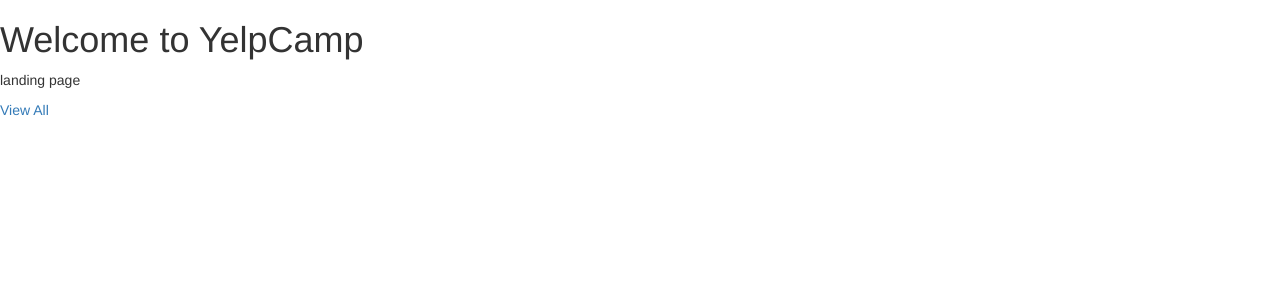
Repository: greenwich9/yelpCampWebApp
Page: http://localhost/
The author's editor kept a record of every edit. The page is drawn from the files as they stood at one moment, then again after the next edit.
The browser window is 1280 px wide. The pictures show the whole page.
The page is served by the project's Node server (app.js).

Above is the page before.

### views/landing.ejs
<% include partials/header %>

<h1>Welcome to YelpCamp</h1>

<p>landing page</p>

<a href = "/campgrounds">View All</a>

<% include partials/footer.ejs %>

### views/partials/header.ejs
<!DOCTYPE html>
<html>
    <head>
        <title>YelpCamp</title>
        <link rel="stylesheet" href="https://cdn.bootcss.com/bootstrap/3.3.6/css/bootstrap.min.css">
    </head>
    <body>

### app.js
var express = require("express");
var app = express();
var bodyParser = require("body-parser");
var mongoose = require("mongoose");

app.use(bodyParser.urlencoded({extended : true}));

mongoose.connect("mongodb://localhost/campgrounds");

var campgroundSchema = new mongoose.Schema({
    name : String,
    image : String,
    description : String
});

var Campground = mongoose.model("Campground", campgroundSchema);

app.set("view engine", "ejs");

app.get("/", function(req, res) {
    res.render("landing");
});

// var campgrounds = [
//         {name: "Salmon Creek", image: "https://farm9.staticflickr.com/8442/7962474612_bf2baf67c0.jpg"},
//         {name: "Granite Hill", image: "https://farm1.staticflickr.com/60/215827008_6489cd30c3.jpg"},
//         {name: "Mountain Goat's Rest", image: "https://farm7.staticflickr.com/6057/6234565071_4d20668bbd.jpg"},
//         {name: "Salmon Creek", image: "https://farm9.staticflickr.com/8442/7962474612_bf2baf67c0.jpg"},
//         {name: "Granite Hill", image: "https://farm1.staticflickr.com/60/215827008_6489cd30c3.jpg"},
//         {name: "Mountain Goat's Rest", image: "https://farm7.staticflickr.com/6057/6234565071_4d20668bbd.jpg"},
//         {name: "Salmon Creek", image: "https://farm9.staticflickr.com/8442/7962474612_bf2baf67c0.jpg"},
//         {name: "Granite Hill", image: "https://farm1.staticflickr.com/60/215827008_6489cd30c3.jpg"},
//         {name: "Mountain Goat's Rest", image: "https://farm7.staticflickr.com/6057/6234565071_4d20668bbd.jpg"}
// ];

var campgrounds = [
        {name: "Salmon Creek", image: "https://farm9.staticflickr.com/8442/7962474612_bf2baf67c0.jpg"}
];
campgrounds.forEach(function(camp){
    Campground.create(camp, function(err, camp) {
        if (err) {
            console.log(err);
        } else {
            console.log("Campground Created");
            console.log(camp);
        }
    });
});

app.get("/campgrounds", function(req, res) {
    Campground.find({}, function(err, allCampgrounds){
        if (err) {
            console.log(err);
        } else {
            res.render("campgrounds", {campgrounds : allCampgrounds});
        }
    });
    // res.render("campgrounds", );
});

app.post("/campgrounds", function(req, res){
    var name = req.body.name;
    var image = req.body.image;
    var newCampground = {name : name, image : image};
    // campgrounds.push(newCampground);
    Campground.create({
        name : name,
        image : image
    });
    res.redirect("/campgrounds");
});

app.get("/campgrounds/new", function(req, res) {
    res.render("new");
});

app.get("/campgrounds/:id", function(req, res) {
    Campground.FindById(req.params.id, function(err, foundCampground) {
        if (err) {
            console.log(err);
        } else {
            res.render("show", {campground : foundCampground});
        }
    });

})

app.listen(process.env.PORT, process.env.IP, function() {
    console.log("started");
});

Loaded but not shown: views/partials/footer.ejs (common file)

After the next edit:
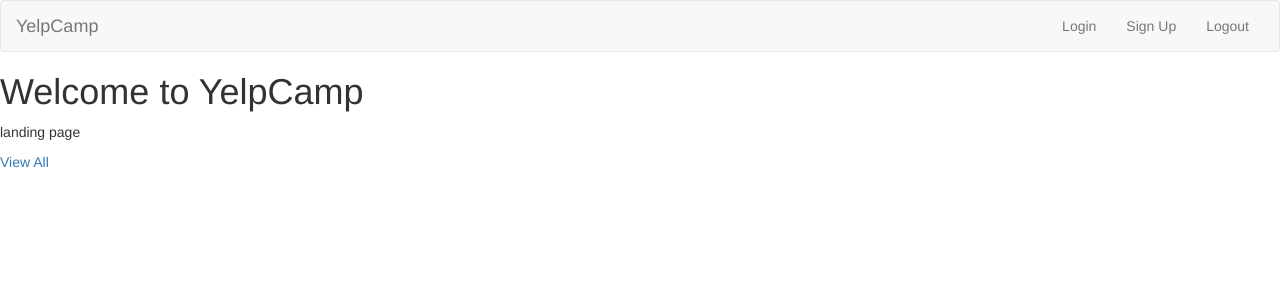
The edit:
--- a/views/partials/header.ejs
+++ b/views/partials/header.ejs
@@ -5,3 +5,17 @@
         <link rel="stylesheet" href="https://cdn.bootcss.com/bootstrap/3.3.6/css/bootstrap.min.css">
     </head>
     <body>
+    <nav class="navbar navbar-default">
+        <div class="container-fluid">
+            <div class="navbar-header">
+                <a class="navbar-brand" href="/">YelpCamp</a>
+            </div>
+            <div class="collapse navbar-collapse">
+                <ul class="nav navbar-nav navbar-right">
+                    <li><a href="/">Login</a></li>
+                    <li><a href="/">Sign Up</a></li>
+                    <li><a href="/">Logout</a></li>
+                </ul>
+            </div>
+        </div>
+    </nav>
